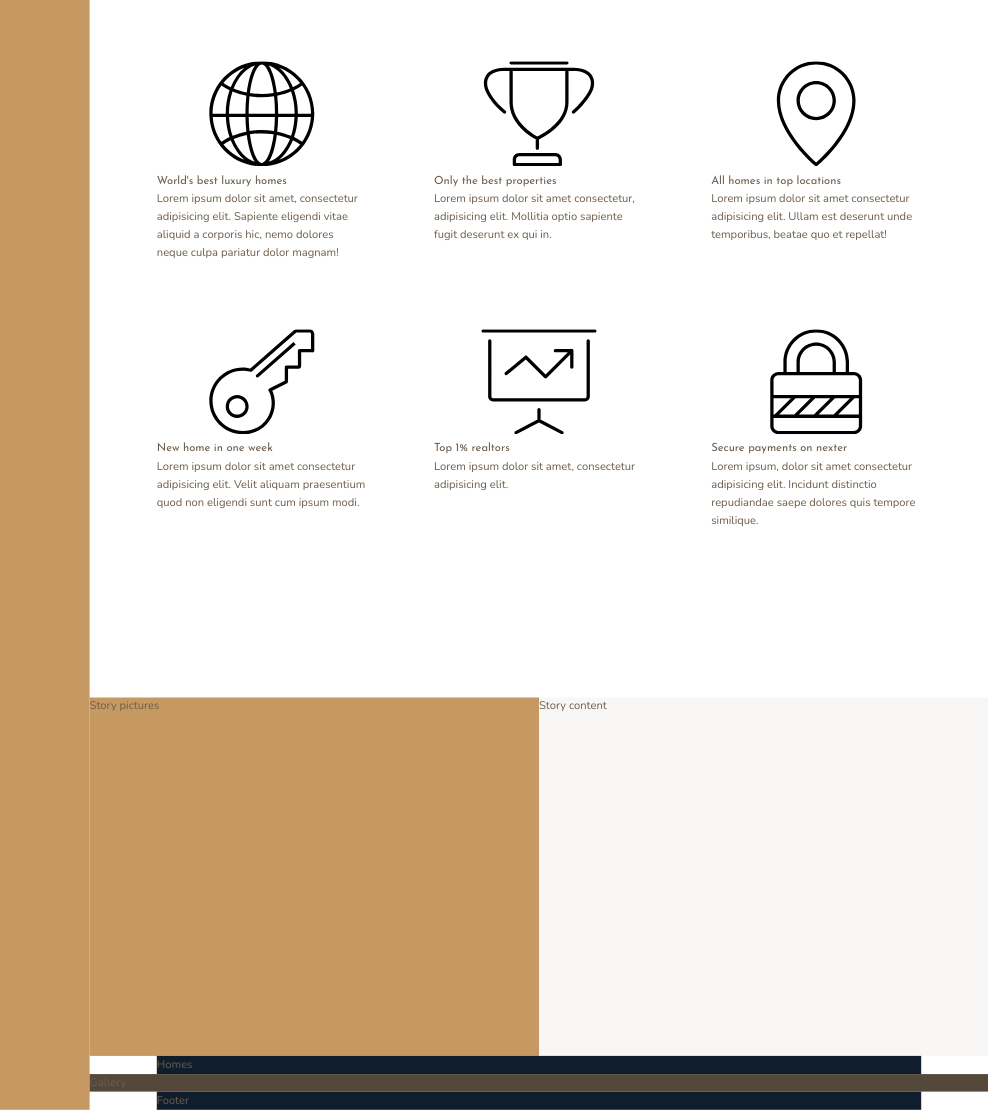
Repository: achwesiuk/nexter
Page: index.html
The author's editor kept a copy of each file at every save. The page is drawn from the files as they stood at one save, then again after the next save.
The browser window is 1280 px wide. The page is 1412 px wide, so the pictures cover 1412 px, including what lies to the right of the window. The pictures show the part of the page from y = 728 to 2448 px (the page is 2314 px tall before and 2457 px after), at 70% of full size.
The style sheet was rebuilt from its Sass, Less or Tailwind sources for each picture, by a compiler version that may differ from the author's.

Above is the page before, as saved 2021-02-19 17:44:01.

After the next save:
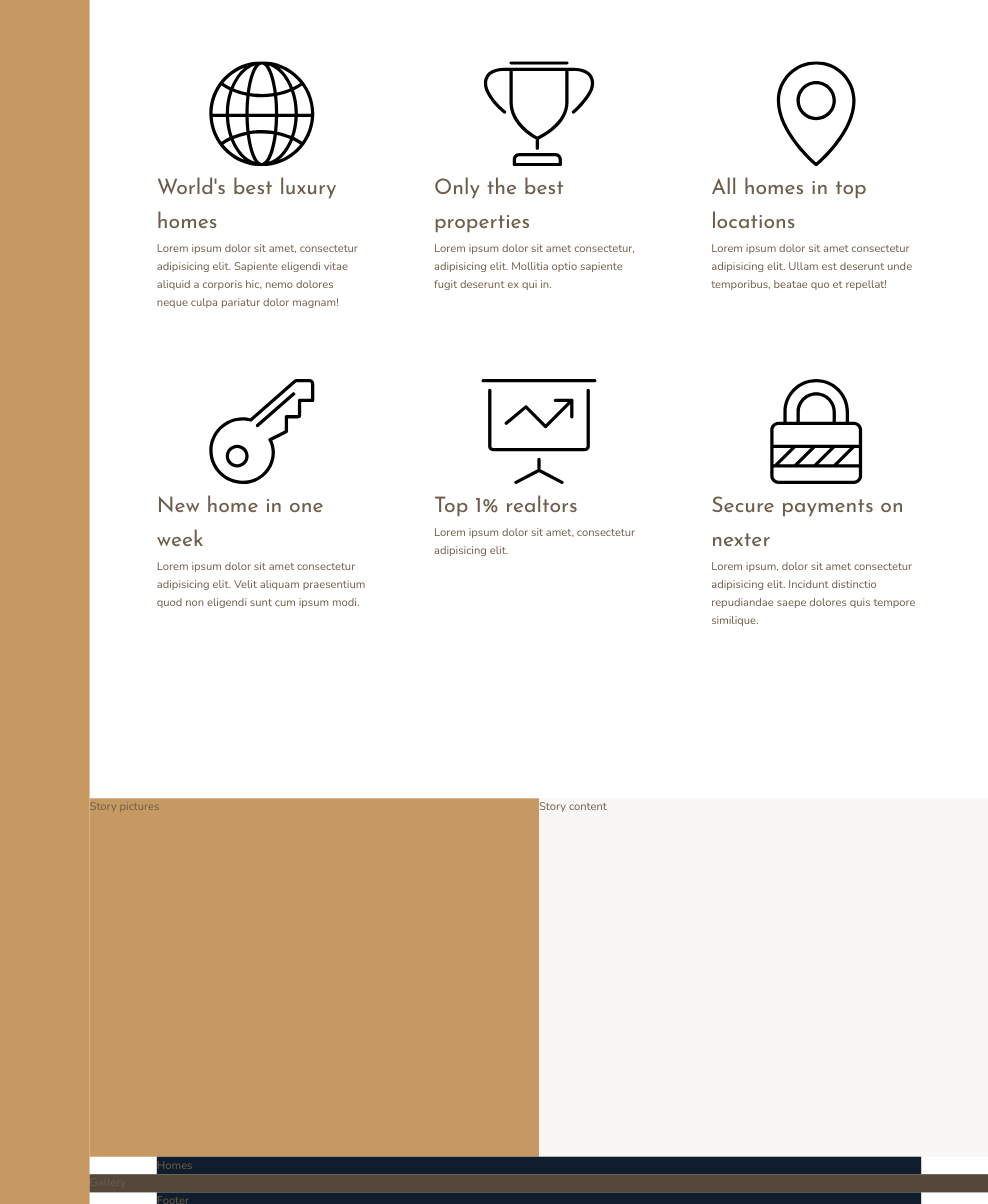
Saved 2 min 14 s later.
--- a/sass/_typography.scss
+++ b/sass/_typography.scss
@@ -1,4 +1,4 @@
-%heading {
+%heading { //extended działa przeciwnie do mixin; selektory (heading-1 etc.) są kopiowane to selektora na górze
     font-family: $font-display;
     font-weight: 400;
 }
@@ -17,4 +17,5 @@
 
 .heading-4 {
     @extend %heading;
+    font-size: 1.9rem;
 }

After the 4 saves that followed:
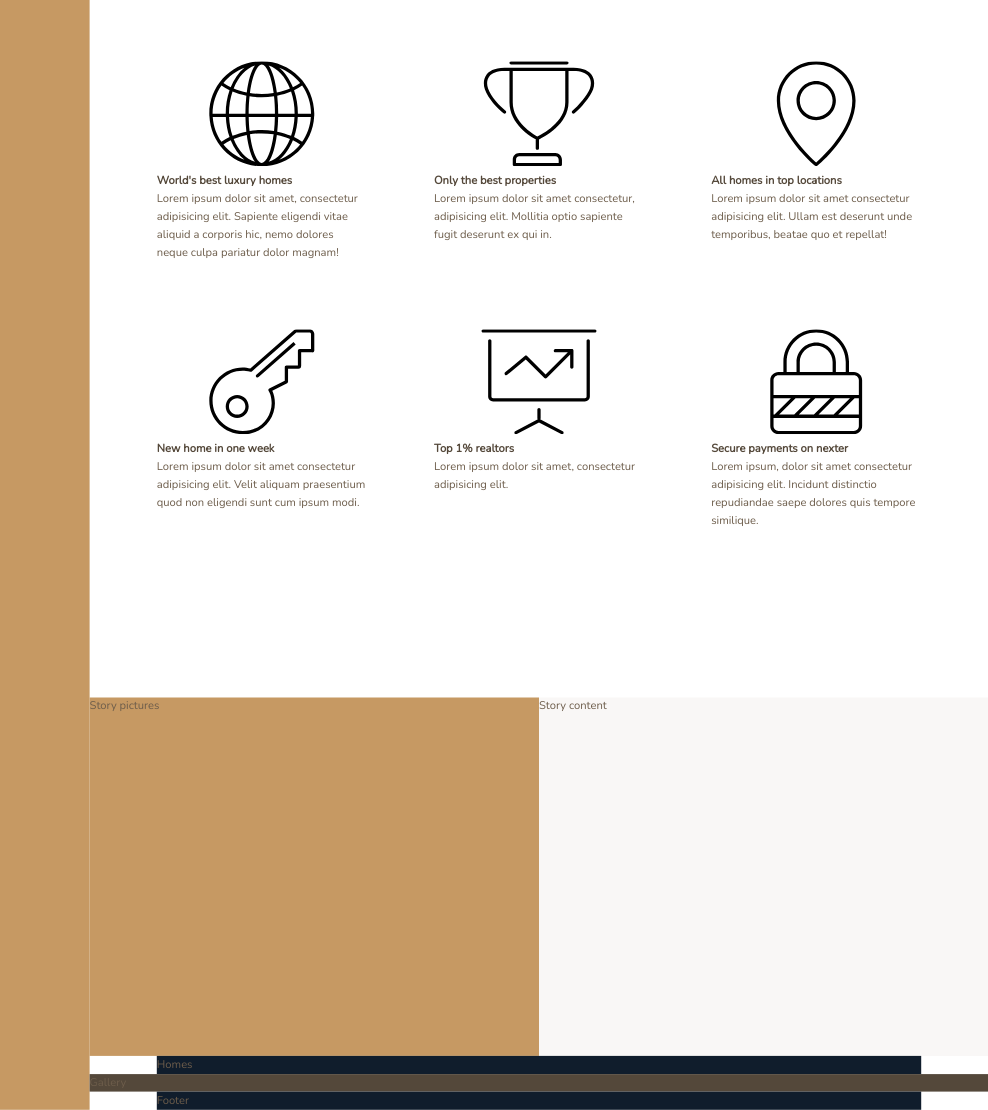
The 4 saves are shown as one change because 3 left the picture as it was.
The last was saved 3 min 18 s later.
--- a/index.html
+++ b/index.html
@@ -29,42 +29,42 @@
                 <svg class"feature-icon">
                     <use xlink:href="img/sprite.svg#icon-global"></use>
                 </svg>
-                <h4 class="heading-4">World's best luxury homes</h4>
+                <h4 class="heading-4--dark">World's best luxury homes</h4>
                 <p class="feature-text">Lorem ipsum dolor sit amet, consectetur adipisicing elit. Sapiente eligendi vitae aliquid a corporis hic, nemo dolores neque culpa pariatur dolor magnam!</p>
             </div>
             <div class="feature">
                 <svg class"feature-icon">
                     <use xlink:href="img/sprite.svg#icon-trophy"></use>
                 </svg>
-                <h4 class="heading-4">Only the best properties</h4>
+                <h4 class="heading-4--dark">Only the best properties</h4>
                 <p class="feature-text">Lorem ipsum dolor sit amet consectetur, adipisicing elit. Mollitia optio sapiente fugit deserunt ex qui in.</p>
             </div>
             <div class="feature">
                 <svg class"feature-icon">
                     <use xlink:href="img/sprite.svg#icon-map-pin"></use>
                 </svg>
-                <h4 class="heading-4">All homes in top locations</h4>
+                <h4 class="heading-4--dark">All homes in top locations</h4>
                 <p class="feature-text">Lorem ipsum dolor sit amet consectetur adipisicing elit. Ullam est deserunt unde temporibus, beatae quo et repellat!</p>
             </div>
             <div class="feature">
                 <svg class"feature-icon">
                     <use xlink:href="img/sprite.svg#icon-key"></use>
                 </svg>
-                <h4 class="heading-4">New home in one week</h4>
+                <h4 class="heading-4--dark">New home in one week</h4>
                 <p class="feature-text">Lorem ipsum dolor sit amet consectetur adipisicing elit. Velit aliquam praesentium quod non eligendi sunt cum ipsum modi.</p>
             </div>
             <div class="feature">
                 <svg class"feature-icon">
                     <use xlink:href="img/sprite.svg#icon-presentation"></use>
                 </svg>
-                <h4 class="heading-4">Top 1% realtors</h4>
+                <h4 class="heading-4--dark">Top 1% realtors</h4>
                 <p class="feature-text">Lorem ipsum dolor sit amet, consectetur adipisicing elit.</p>
             </div>
             <div class="feature">
                 <svg class"feature-icon">
                     <use xlink:href="img/sprite.svg#icon-lock"></use>
                 </svg>
-                <h4 class="heading-4">Secure payments on nexter</h4>
+                <h4 class="heading-4--dark">Secure payments on nexter</h4>
                 <p class="feature-text">Lorem ipsum, dolor sit amet consectetur adipisicing elit. Incidunt distinctio repudiandae saepe dolores quis tempore similique.</p>
             </div>
         </section>
--- a/sass/_typography.scss
+++ b/sass/_typography.scss
@@ -18,4 +18,7 @@
 .heading-4 {
     @extend %heading;
     font-size: 1.9rem;
+
+    &--light {color: $color-grey-light-1;}
+    &--dark {color: $color-grey-dark-1;}
 }
